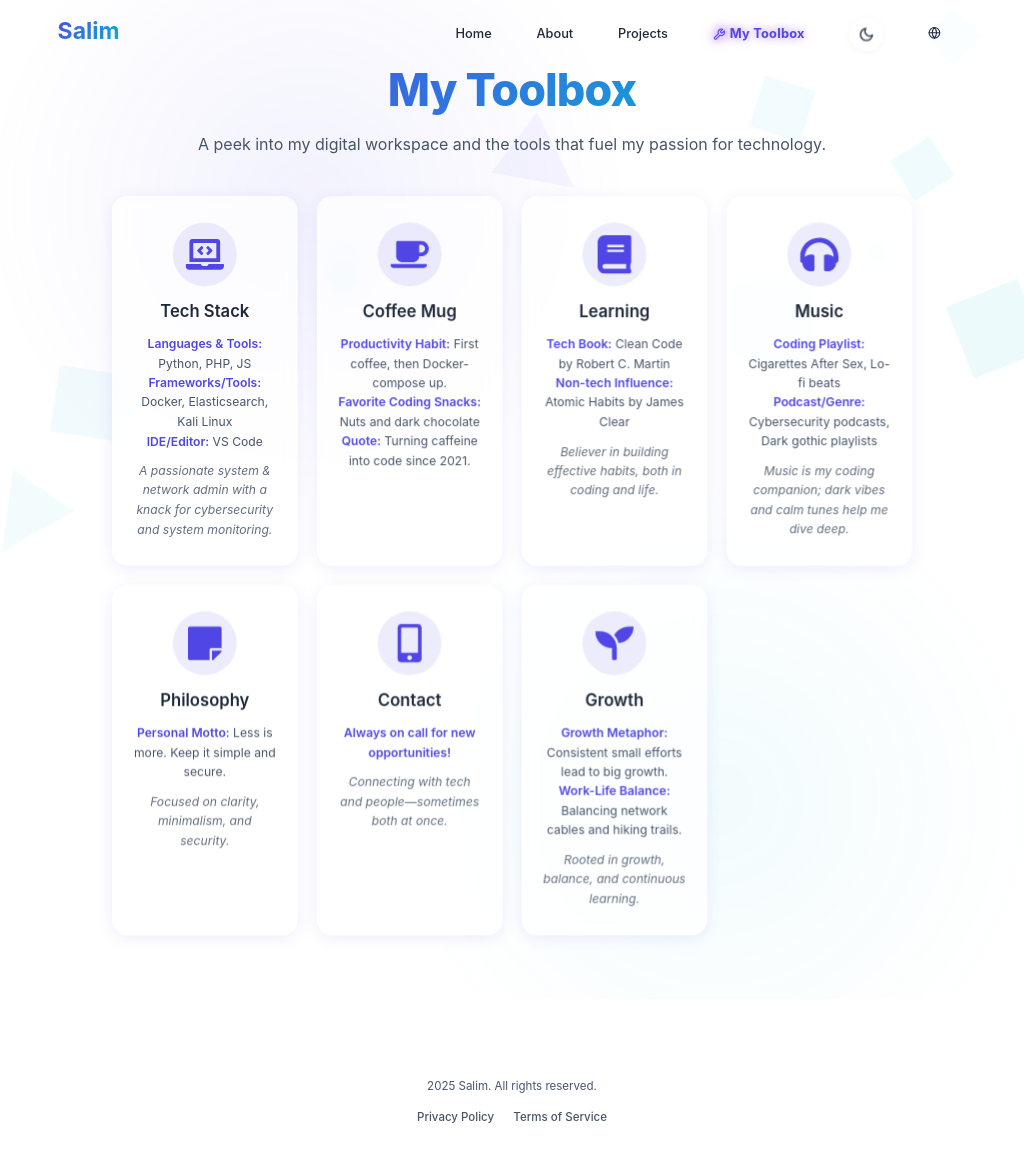
Repository: iisloomx/portfolio-V1
Page: /toolbox
The author's editor kept a copy of each file at every save. The page is drawn from the files as they stood at one save, then again after the next save.
The browser window is 1280 px wide. The pictures show the whole page, at 80% of full size.
The project was rebuilt for these pictures with package versions that can differ from the ones it lists, and the page was loaded fresh each time. Also part of the build but not shown: vite.config.js, src/components/Hero/HeroFixed2.jsx, src/components/Timeline/Timeline.jsx.

Above is the page before, as saved 2025-05-12 10:45:14.

After the next save:
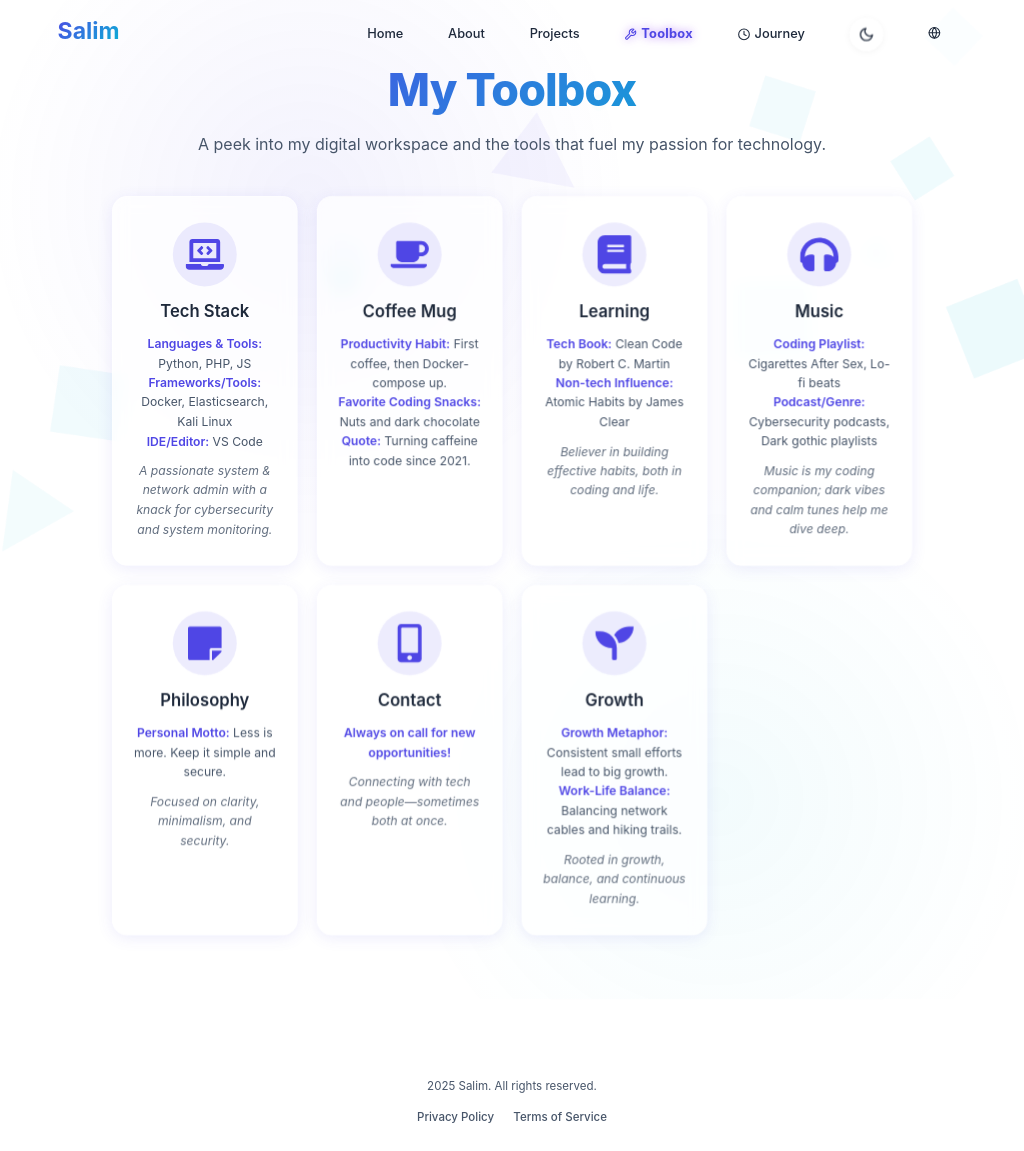
Saved 81 s later.
--- a/src/components/Header/Header.jsx
+++ b/src/components/Header/Header.jsx
@@ -1,7 +1,7 @@
 import { useState, useEffect } from 'react';
 import styled from 'styled-components';
 import { motion, AnimatePresence } from 'framer-motion';
-import { FiMenu, FiX, FiGlobe, FiMoon, FiSun, FiSun as FiLight, FiMoon as FiDark, FiTool } from 'react-icons/fi';
+import { FiMenu, FiX, FiGlobe, FiMoon, FiSun, FiSun as FiLight, FiMoon as FiDark, FiTool, FiClock } from 'react-icons/fi';
 import { useTheme } from '../../context/ThemeContext';
 import { useLanguage } from '../../context/LanguageContext';
 import { Link as RouterLink, useLocation } from 'react-router-dom';
@@ -291,11 +291,17 @@ const Header = () => {
     { label: language === 'en' ? translations.en.navAbout : translations.fr.navAbout, to: '/about', isRoute: true },
     { label: language === 'en' ? translations.en.navProjects : translations.fr.navProjects, to: '/projects', isRoute: true },
     { label: (
-        <span style={{ color: 'var(--primary)', fontWeight: 700, letterSpacing: '0.02em', display: 'flex', alignItems: 'center' }}>
-          <FiTool style={{ color: 'var(--primary)', marginRight: '0.32em', filter: 'drop-shadow(0 0 6px #a259f7cc)' }} />
-          My Toolbox
+        <span style={{ display: 'flex', alignItems: 'center' }}>
+          <FiTool style={{ marginRight: '0.32em' }} />
+          {language === 'en' ? 'Toolbox' : 'Boîte à Outils'}
         </span>
-      ), to: '/toolbox', isRoute: true }
+      ), to: '/toolbox', isRoute: true },
+    { label: (
+        <span style={{ display: 'flex', alignItems: 'center' }}>
+          <FiClock style={{ marginRight: '0.32em' }} />
+          {language === 'en' ? 'Journey' : 'Parcours'}
+        </span>
+      ), to: '/timeline', isRoute: true }
   ];
 
   useEffect(() => {
